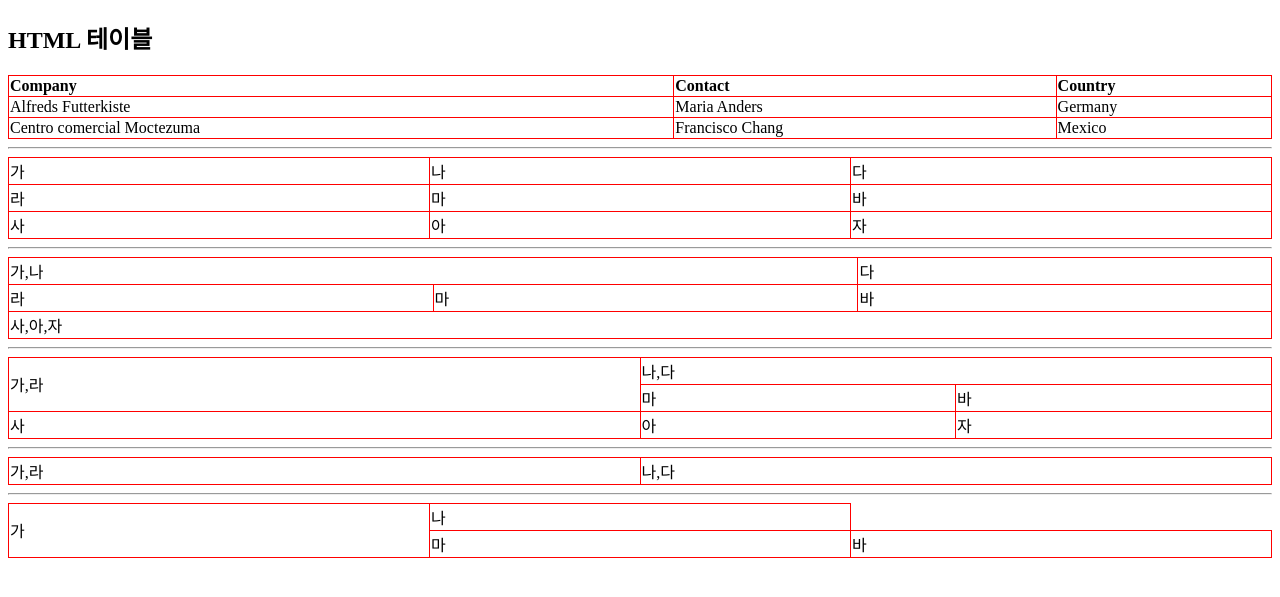
Repository: start-ha/MSA_EDU
Page: WEB/WebFront/WebLabs/Web/src/main/webapp/Ex06_Table.html
The author's editor kept a copy of each file at every save. The page is drawn from the files as they stood at one save, then again after the next save.
The browser window is 1280 px wide. The pictures show the whole page.

Above is the page before, as saved 2025-09-16 07:04:29.

### WEB/WebFront/WebLabs/Web/src/main/webapp/Ex06_Table.html
<!DOCTYPE html>
<html>
<head>
<meta charset="UTF-8">
<title>Insert title here</title>
<style type="text/css">
	table{width: 100%; border-collapse: collapse;}
	th,td{
		border: 1px solid red;
		text-align: left;
		}
</style>
</head>
<body>
<h2>HTML 테이블</h2>

<table style="width:100%">
  <tr>
    <th>Company</th>
    <th>Contact</th>
    <th>Country</th>
  </tr>
  <tr>
    <td>Alfreds Futterkiste</td>
    <td>Maria Anders</td>
    <td>Germany</td>
  </tr>
  <tr>
    <td>Centro comercial Moctezuma</td>
    <td>Francisco Chang</td>
    <td>Mexico</td>
  </tr>
</table>
<hr>
<table>
	<tr><td>가</td><td>나</td><td>다</td></tr>
	<tr><td>라</td><td>마</td><td>바</td></tr>
	<tr><td>사</td><td>아</td><td>자</td></tr>
</table>
<hr>
<table>
	<tr><td colspan="2">가,나</td><td>다</td></tr> <!-- 컬럼 병합 colspan -->
	<tr><td>라</td><td>마</td><td>바</td></tr>
	<tr><td colspan="3">사,아,자</td></tr>
</table>
<hr>
<table>
	<tr><td rowspan="2">가,라</td><td colspan = "2">나,다</td></tr>
	<tr><td>마</td><td>바</td></tr>
	<tr><td>사</td><td>아</td><td>자</td></tr>
</table>
<hr>
<table>
	<tr><td rowspan="2" colspan="2">가,라</td><td colspan = "2">나,다</td></tr>
</table>

<hr>
<table>
	<tr><td rowspan="2" colspan="2">가</td><td>나</td></tr>
	<tr><td>마</td><td>바</td></tr>
</table>


</body>
</html>

After the next save:
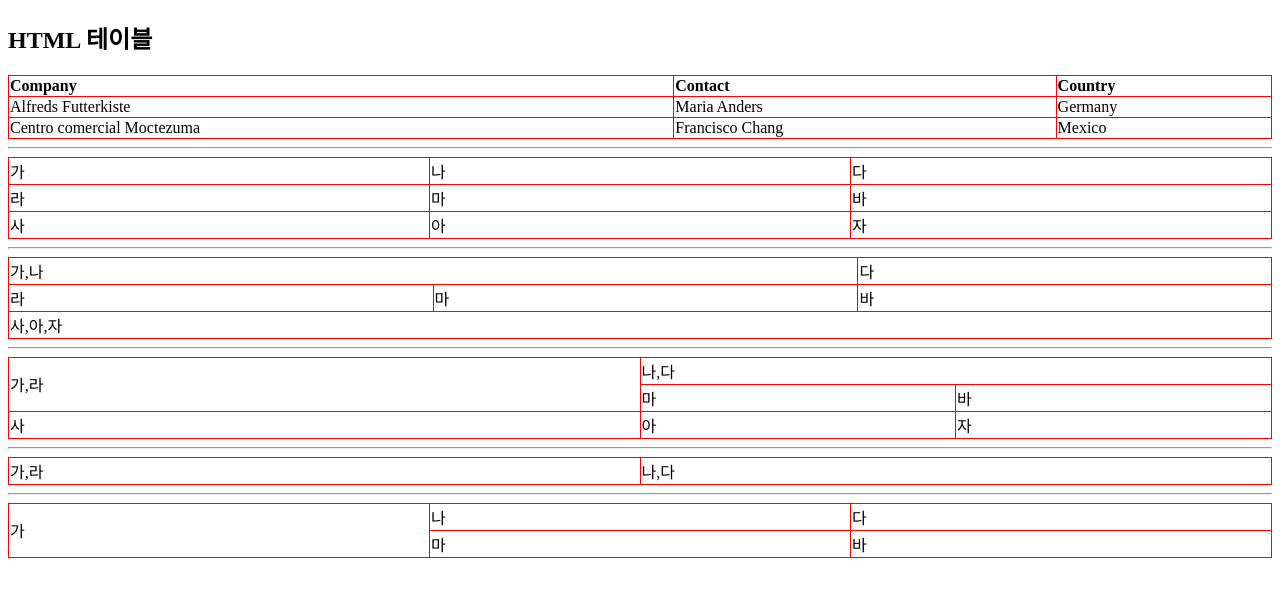
Saved 25 s later.
--- a/WEB/WebFront/WebLabs/Web/src/main/webapp/Ex06_Table.html
+++ b/WEB/WebFront/WebLabs/Web/src/main/webapp/Ex06_Table.html
@@ -56,7 +56,7 @@
 
 <hr>
 <table>
-	<tr><td rowspan="2" colspan="2">가</td><td>나</td></tr>
+	<tr><td rowspan="2" colspan="2">가</td><td>나</td><td>다</td></tr>
 	<tr><td>마</td><td>바</td></tr>
 </table>
 
